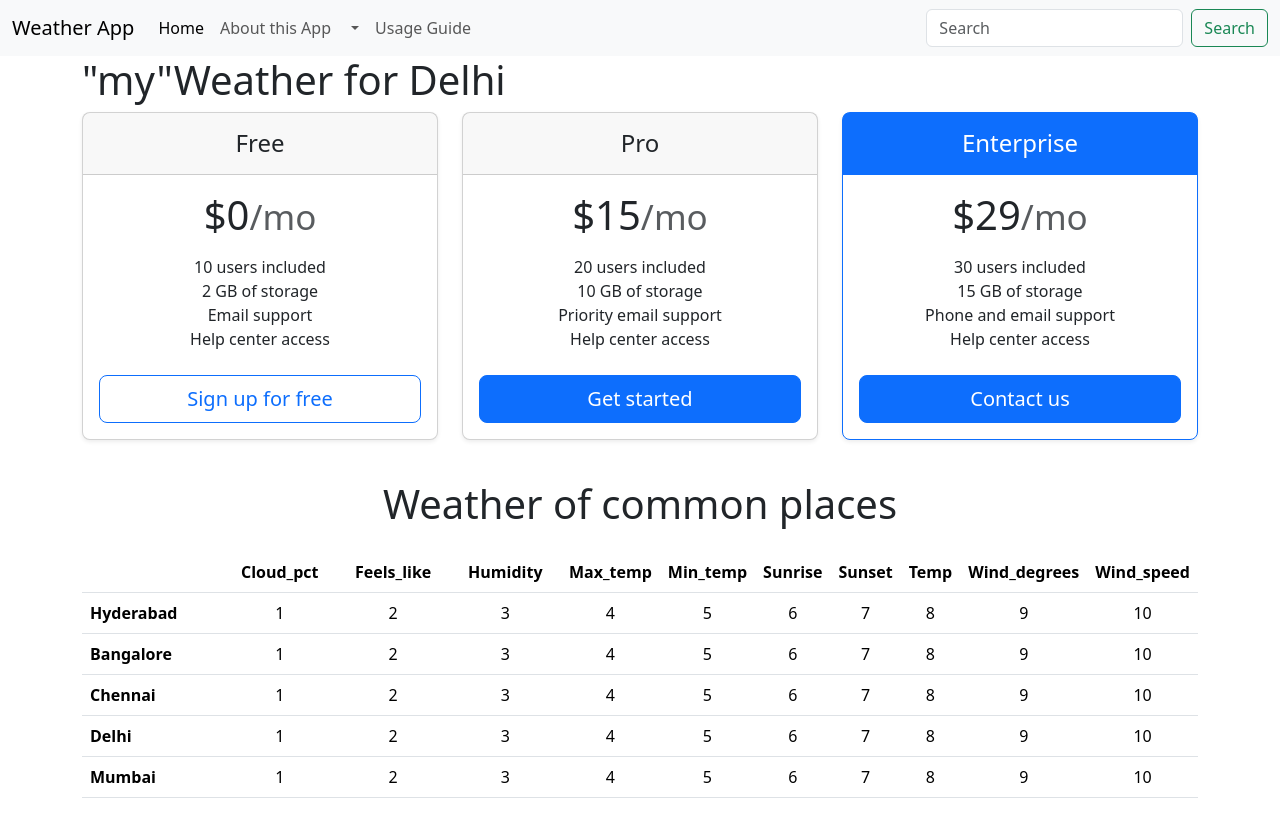
Repository: Abhilash2909/weather
Page: index.html
These files come from the project's save history. The page is drawn as it stood at one moment and after a run of saves; the edit follows.
The browser window is 1280 px wide. The pictures show the whole page.
The page's requests for data from a server got no answer.

Above is the page before, as saved 2024-02-11 10:49:24.

After the next 2 saves:
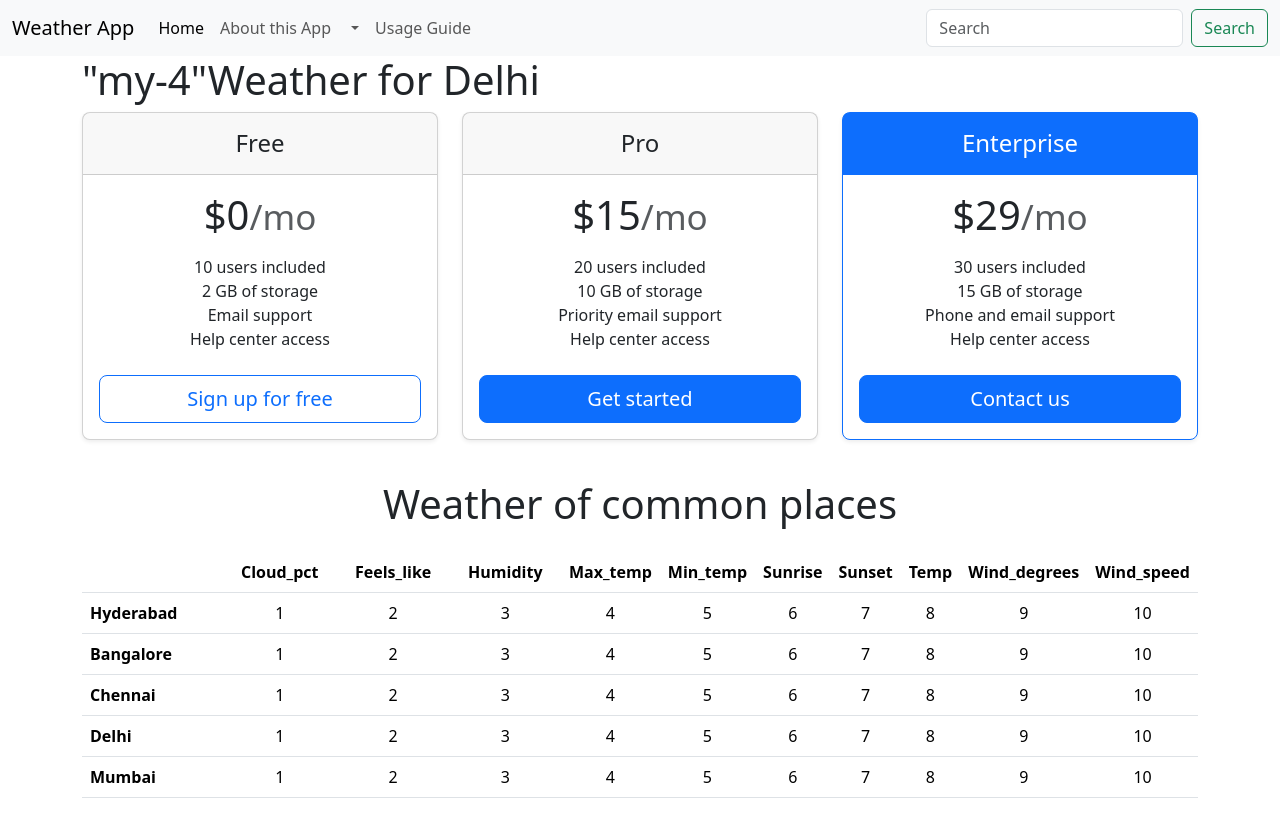
The 2 saves are shown as one change because they came seconds apart.
The last was saved 11 s later.
--- a/index.html
+++ b/index.html
@@ -45,7 +45,7 @@
 
       <div class="container">
         <main>
-          <h1>"my"Weather for Delhi</h1>
+          <h1>"my-4"Weather for Delhi</h1>
           <div class="row row-cols-1 row-cols-md-3 mb-3 text-center">
           <div class="col">
             <div class="card mb-4 rounded-3 shadow-sm">
